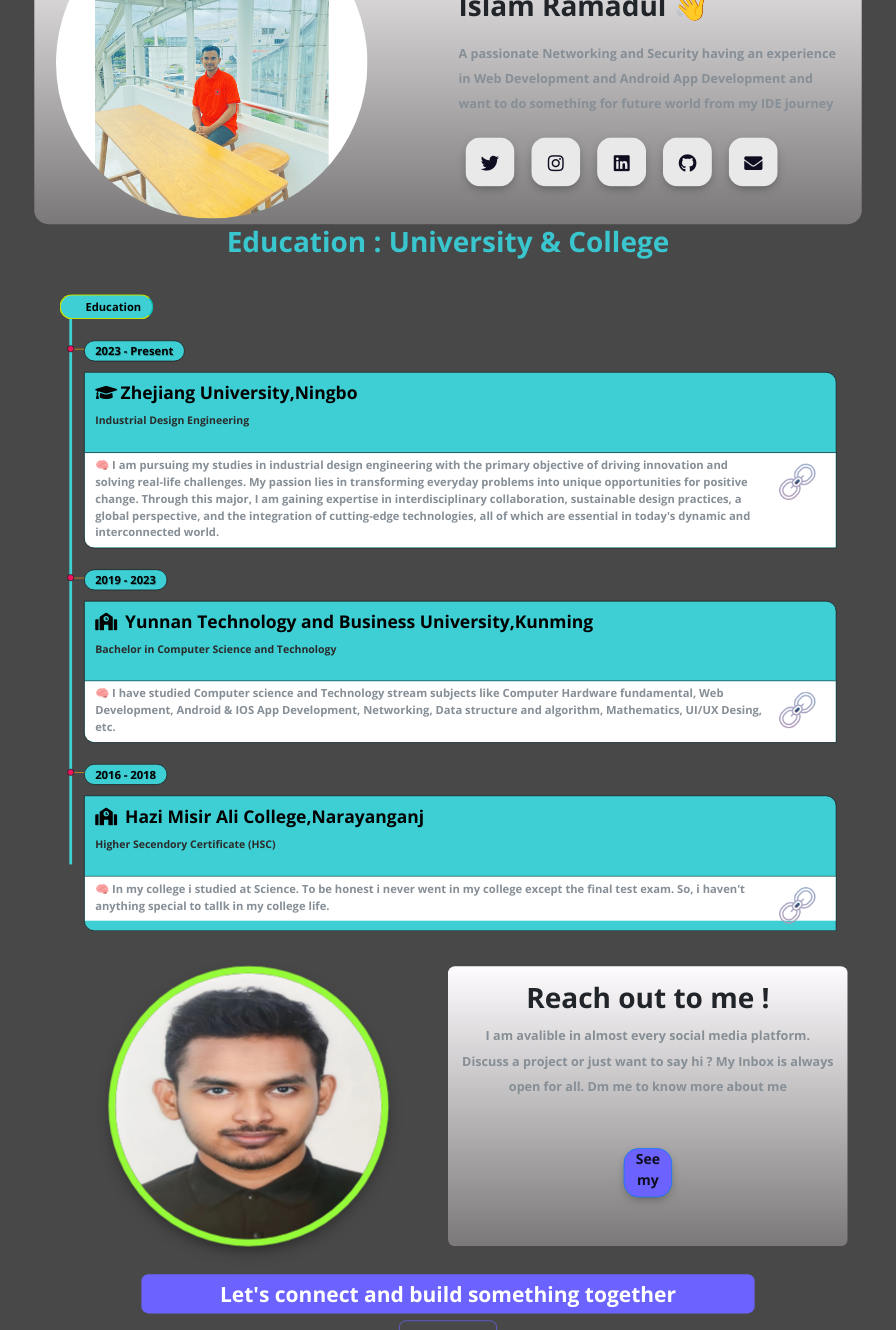
Repository: ramizraaz/ZjuProtfolio
Page: index.html
An editor plug-in stored every save of this project. The page is shown before and after the next save, followed by the edit.
The browser window is 1280 px wide. The pictures show the part of the page from y = 286 to 2186 px (the page is 2715 px tall), at 70% of full size.
Some icons come from a web library that is not loaded, so they are not drawn. A picture or video elsewhere on the page could not be fetched, so the positions and the page height are approximate. Some web fonts or font styles are not loaded; a fallback is used. Some web libraries are served in a nearby version.

Above is the page before, as saved 2023-10-08 19:43:11.

After the next save:
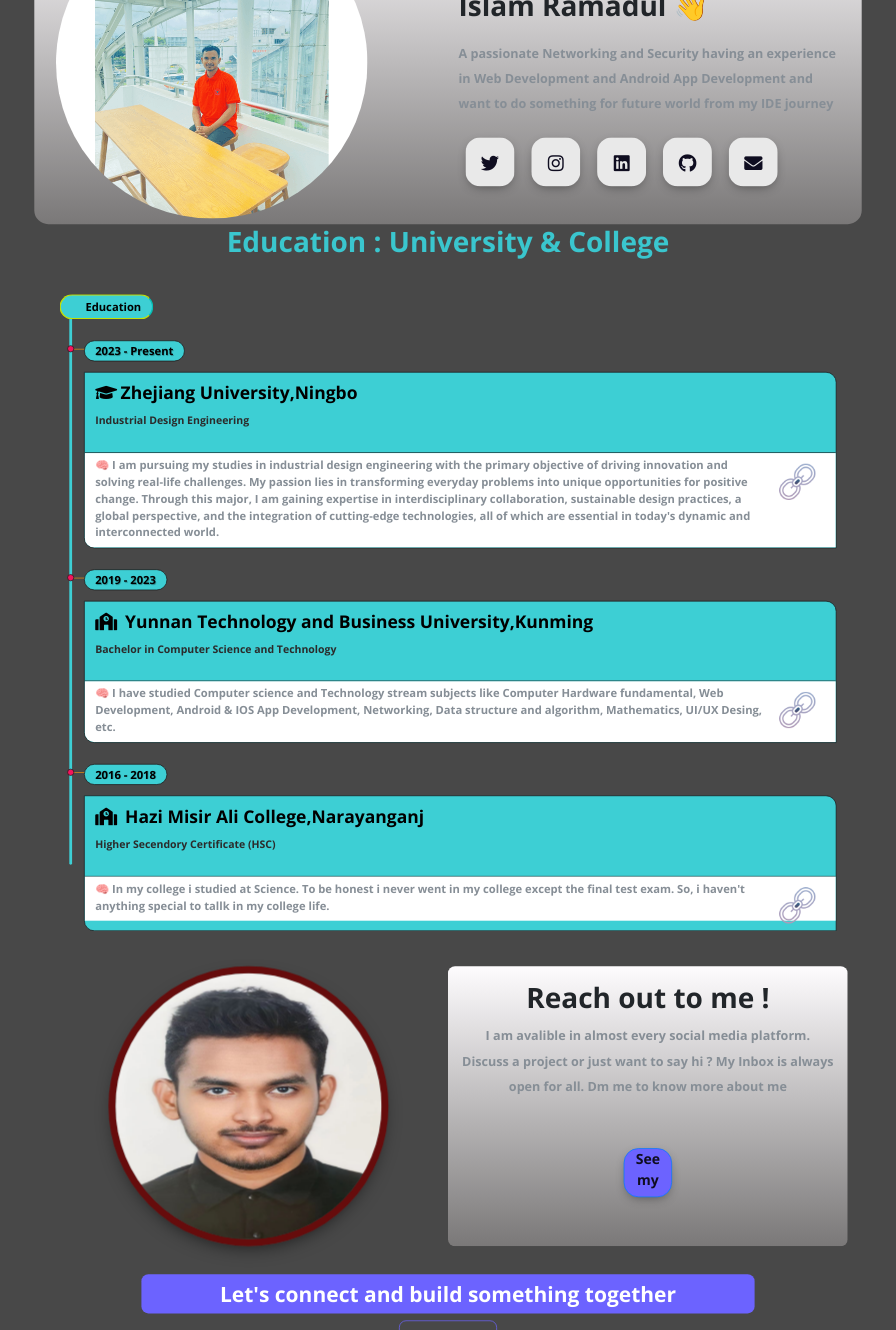
Saved 24 s later.
--- a/style.css
+++ b/style.css
@@ -360,7 +360,7 @@ p {
     width: 400px;
     height: 400px;
     border: 10px solid;
-    border-color: #95fa37;
+    border-color: #660c0c;
     box-shadow: 0 10px 30px -15px rgba(0, 0, 0, 0.897);
     ;
 }
